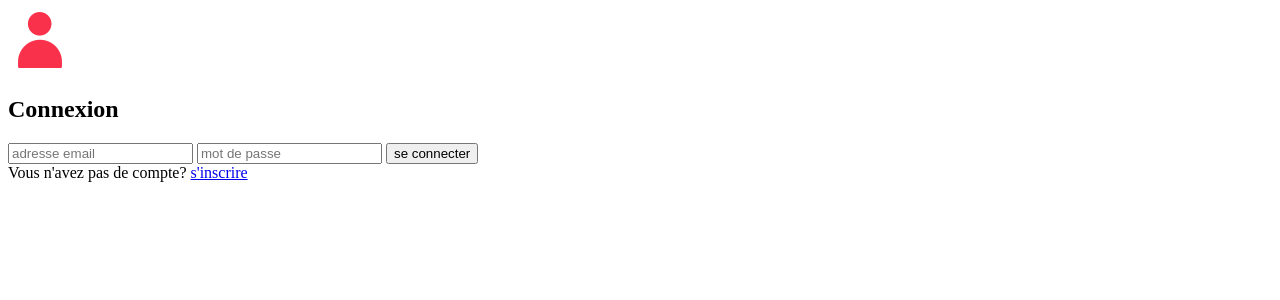
Repository: mlaminebah/PizzaWeb
Page: http://localhost/pizzaweb/Seconnecter
These files come from the project's save history. The page is drawn as it stood at one moment and after the next save; the edit follows.
The browser window is 1280 px wide. The pictures show the whole page.
The page is served by Tomcat 9. Other server files are loaded and not shown.

Above is the page before, as saved 2022-03-21 19:05:06.

### PizzaWeb/pizzaweb/src/main/webapp/seconnecter.jsp
<%@ page language="java" contentType="text/html; charset=UTF-8"
    pageEncoding="UTF-8"%>
<!DOCTYPE html>
<html>
	<head>
		<meta charset="UTF-8">
		<title>Insert title here</title>
		<link rel="stylesheet" href="css/login.css" type="text/css">
	</head>
	<body>
		<section class="login">
	        <img src="images/user.png" alt="profil" id="profilelog">
	        <h1 class="conn">Connexion</h1>
	        <input type="text" placeholder="adresse email" class="incon">
	        <input type="password" placeholder="mot de passe" class="incon">
	        <button class="btncon">se connecter</button>
	        <div>Vous n'avez pas de compte? <a href="sign_up.html">s'inscrire</a> </div>
	    </section>
	</body>
</html>

### PizzaWeb/pizzaweb/src/main/java/com/pizza/servlets/Seconnecter.java
package com.pizza.servlets;

import java.io.IOException;
import java.security.NoSuchAlgorithmException;
import java.sql.SQLException;

import javax.servlet.ServletException;
import javax.servlet.annotation.WebServlet;
import javax.servlet.http.HttpServlet;
import javax.servlet.http.HttpServletRequest;
import javax.servlet.http.HttpServletResponse;
import javax.servlet.http.HttpSession;

import com.pizza.model.ConnexionForm;
import com.pizza.model.ListeDesPizzas;
import com.pizza.model.NosPizzas;

/**
 * Servlet implementation class Seconnecter
 */

public class Seconnecter extends HttpServlet {
	private static final long serialVersionUID = 1L;

    /**
     * @see HttpServlet#HttpServlet()
     */
    public Seconnecter() {
        super();
        // TODO Auto-generated constructor stub
    }

	/**
	 * @see HttpServlet#doGet(HttpServletRequest request, HttpServletResponse response)
	 */
	protected void doGet(HttpServletRequest request, HttpServletResponse response) throws ServletException, IOException {
		if (request.getSession().getAttribute("idClient") == null)
			request.getRequestDispatcher("/seconnecter.jsp").forward(request, response);
		else {
			//on va au passage transmettre à la vue la liste des pizzas disponibles
			ListeDesPizzas nosPizzas;

			try {
				nosPizzas = new NosPizzas().getListeDesPizzas();
				//on envoie la liste des pizzas à la vue
				request.setAttribute("pizzas", nosPizzas.getPizzas());
				request.getRequestDispatcher("/commander.jsp").forward(request, response);

			} catch (ClassNotFoundException | SQLException e) {
				// TODO Auto-generated catch block
				e.printStackTrace();
			}

		}
	}

	/**
	 * @see HttpServlet#doPost(HttpServletRequest request, HttpServletResponse response)
	 */
	protected void doPost(HttpServletRequest request, HttpServletResponse response) throws ServletException, IOException {
			//on fait appel à notre classe qui vérifie l'authentification
			ConnexionForm conForm;
			conForm = new ConnexionForm();
			//si la fonction renvoie false ou retourne vers la page de connection (échec authentification)
			try {
				if (!conForm.verifierIdentifiantsCon(request)) {
					request.setAttribute("conForm", conForm);
					this.getServletContext().getRequestDispatcher("/seconnecter.jsp").forward(request, response);//renvoie d'une reponse d'erreur à la vue
				} else {
					//on rededirige vers la page lui permettant de commander

					this.getServletContext().getRequestDispatcher("/commander.jsp").forward(request, response);
				}
			} catch (ClassNotFoundException | SQLException | ServletException | IOException e) {
				// TODO Auto-generated catch block
				e.printStackTrace();
			} catch (NoSuchAlgorithmException e) {
				// TODO Auto-generated catch block
				e.printStackTrace();
			}

	}

}

### PizzaWeb/pizzaweb/src/main/webapp/css/login.css

.connexion{
    width:400px;
    margin:0 auto;
    margin-top:10%;
}
/* Bordered form */
.formcon {
    left: center;
    width:100%;
    padding: 30px;
    border: 1px solid #f1f1f1;
    background: #fff;
    box-shadow: 0 0 20px 0 rgba(0, 0, 0, 0.2), 0 5px 5px 0 rgba(0, 0, 0, 0.24);
}
.formcon h1{
    position: relative;
    width: 100%;
    margin: auto;
    padding-bottom: 10px;
}
.noAccount{
    color: solid #ccc;
    width: 100%;
    margin: auto;
    padding-top: 80px;
}

/* Full-width inputs */
.mp,.log {
    width: 100%;
    padding: 12px 20px;
    margin: 8px 0;
    display: inline-block;
    border: 1px solid #ccc;
    box-sizing: border-box;
}

/* Set a style for all buttons */
.valid {
    background-color:rgb(66, 64, 64);
    color: white;
    padding: 14px 20px;
    float: right;
    margin: 8px 0;
    border: none;
    cursor: pointer;
    width: 50%;
    border: 1px solid rgb(255, 255, 255);
}
valid:hover {
    background-color: white;
    color: rgb(200, 235, 47);
    border: 1px solid rgb(175, 197, 76);
}

After the next save:
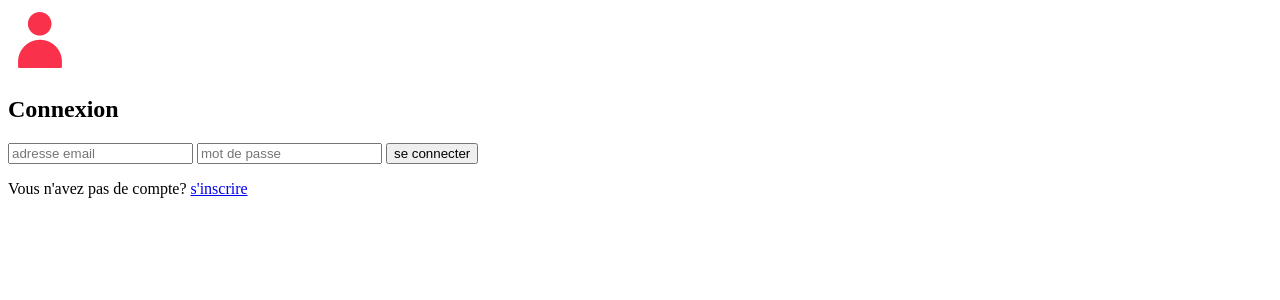
Saved 5 min 31 s later.
--- a/PizzaWeb/pizzaweb/src/main/webapp/seconnecter.jsp
+++ b/PizzaWeb/pizzaweb/src/main/webapp/seconnecter.jsp
@@ -14,7 +14,7 @@
 	        <input type="text" placeholder="adresse email" class="incon">
 	        <input type="password" placeholder="mot de passe" class="incon">
 	        <button class="btncon">se connecter</button>
-	        <div>Vous n'avez pas de compte? <a href="sign_up.html">s'inscrire</a> </div>
+	        <p>Vous n'avez pas de compte? <a href="sign_up.html">s'inscrire</a> </p>
 	    </section>
 	</body>
 </html>
